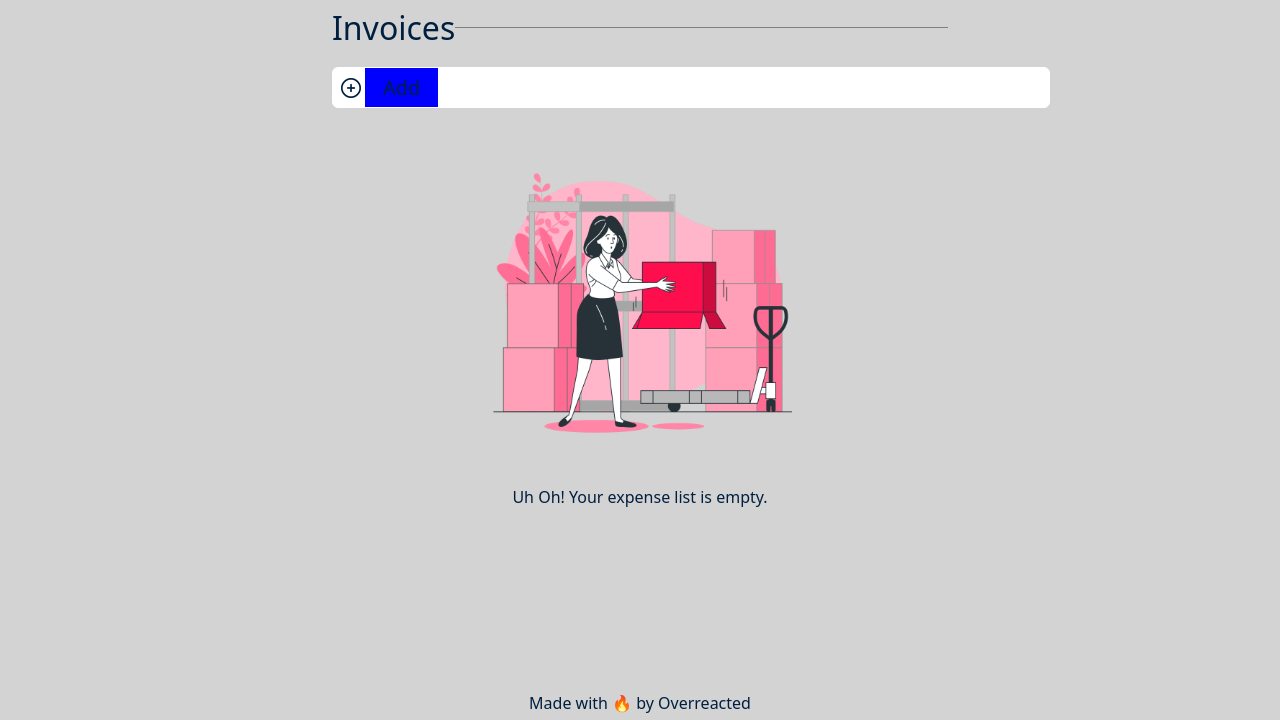
Repository: om1ars/task3
Page: /
The author's editor kept a copy of each file at every save. The page is drawn from the files as they stood at one save, then again after the next save.
The browser window is 1280 px wide. The pictures show the whole page.
Some web libraries are served in a nearby version. The project was rebuilt for these pictures with package versions that can differ from the ones it lists, and the page was loaded fresh each time. Also part of the build but not shown: src/constants/add-expense.js, src/components/add-form/add-form.css, src/components/add-form/success-modal.css, src/components/add-form/success-modal.js, src/components/add-form/index.js, src/pages/add-expense/add-expense.css, src/pages/add-expense/index.js, src/components/expense-list/card.css and 1 more.

Above is the page before, as saved 2021-12-18 14:45:49.

### public/index.html
<!DOCTYPE html>
<html lang="en">
  <head>
    <meta charset="utf-8" />
    <link rel="icon" href="%PUBLIC_URL%/favicon.ico" />
    <meta name="viewport" content="width=device-width, initial-scale=1" />
    <meta name="theme-color" content="#000000" />
    <meta name="description" content="SPA to track all your expenses" />
    <link rel="apple-touch-icon" href="%PUBLIC_URL%/logo192.png" />
    <!--
      manifest.json provides metadata used when your web app is installed on a
      user's mobile device or desktop. See https://developers.google.com/web/fundamentals/web-app-manifest/
    -->
    <link rel="manifest" href="%PUBLIC_URL%/manifest.json" />
    <link rel="preconnect" href="https://fonts.googleapis.com" />
    <link rel="preconnect" href="https://fonts.gstatic.com" crossorigin />
    <link
      href="https://fonts.googleapis.com/css2?family=Noto+Sans&display=swap"
      rel="stylesheet"
    />
    <link
      rel="stylesheet"
      href="https://cdn-uicons.flaticon.com/uicons-regular-rounded/css/uicons-regular-rounded.css"
    />
    <link
      rel="stylesheet"
      href="https://cdn.jsdelivr.net/gh/devicons/devicon@v2.12.0/devicon.min.css"
    />
    <title>Xpensr</title>
  </head>
  <body>
    <noscript>You need to enable JavaScript to run this app.</noscript>
    <div id="root"></div>
    <!--
      This HTML file is a template.
      If you open it directly in the browser, you will see an empty page.

      You can add webfonts, meta tags, or analytics to this file.
      The build step will place the bundled scripts into the <body> tag.

      To begin the development, run `npm start` or `yarn start`.
      To create a production bundle, use `npm run build` or `yarn build`.
    -->
  </body>
</html>

### src/index.js
import React from "react";
import ReactDOM from "react-dom";
import "./index.css";
import App from "./App";
import reportWebVitals from "./reportWebVitals";
import { Provider } from "react-redux";
import store from "./redux/store/index";

ReactDOM.render(
  <Provider store={store}>
    <App />
  </Provider>,
  document.getElementById("root")
);

// If you want to start measuring performance in your app, pass a function
// to log results (for example: reportWebVitals(console.log))
// or send to an analytics endpoint. Learn more: https://bit.ly/CRA-vitals
reportWebVitals();

### src/index.css
body {
  margin: 0;
  font-family: "Noto Sans", sans-serif;
  -webkit-font-smoothing: antialiased;
  -moz-osx-font-smoothing: grayscale;
  background-color: lightgray;
  color: #001f3f;
}
a {
  text-decoration: none;
  color: #001f3f;
}
.button {
  /* background: #71ccca; */
  box-shadow: 20px 20px 60px #60adac, -20px -20px 60px #82ebe8;
}
code {
  font-family: source-code-pro, Menlo, Monaco, Consolas, "Courier New",
    monospace;
}

### src/App.js
import React from "react";
import { BrowserRouter as Router, Route, Switch } from "react-router-dom";
import Footer from "./components/footer";
import Header from "./components/header";
import AddExpense from "./pages/add-expense";
import Home from "./pages/home/index";

const App = () => {
  return (
    <Router>
      <Header />
      <Switch>
        <Route path="/" exact component={Home} />
        <Route path="/add-expense" component={AddExpense} />
      </Switch>
      <Footer />
    </Router>
  );
};

export default App;

### src/redux/store/index.js
import { combineReducers, createStore } from "redux";
import { expenseReducer } from "../reducers/expenses";
const reducer = combineReducers({
  expenses: expenseReducer,
});
const initialState = {};
const store = createStore(reducer, initialState);

export default store;

### src/components/footer/index.js
import React from "react";
import "./footer.css";
const Footer = () => {
  return <footer>Made with 🔥 by Overreacted</footer>;
};

export default Footer;

### src/components/header/index.js
import React from "react";
import "./header.css";
const Header = () => {
  return (
    <div className="header-container">
      <div className="header" style={{ display: "flex", alignItems: "center" }}>
        <div className="header-logo">
          Invoices
        </div>
        <div
          style={{ height: "1px", width: "100%", backgroundColor: "gray" }}
        ></div>
      </div>
    </div>
  );
};

export default Header;

### src/pages/home/index.js
import React from "react";
import ExpenseList from "../../components/expense-list";
import Footer from "../../components/footer";
import Header from "../../components/header";
import TopFold from "../../components/top-fold";
import "./home.css";
const Home = () => {
  return (
    <div className="home">
      <TopFold />
      <ExpenseList />
    </div>
  );
};

export default Home;

### src/redux/reducers/expenses.js
import {
  ADD_EXPENSE,
  DELETE_EXPENSE,
  SEARCH_EXPENSE,
} from "../action-types/expenses";

const initialList = () => {
  const list = localStorage.getItem("expense-list");
  let expenses = [];
  if (list) {
    expenses = JSON.parse(list);
  }
  return expenses;
};
const initialState = {
  expenseList: initialList(),
  query: "",
};

export const expenseReducer = (state = initialState, action) => {
  switch (action.type) {
    case ADD_EXPENSE: {
      localStorage.setItem(
        "expense-list",
        JSON.stringify([...state.expenseList, action.data])
      );
      return {
        ...state,
        expenseList: [...state.expenseList, action.data],
        query: "",
      };
    }
    case DELETE_EXPENSE: {
      const { data } = action;
      const updatedList = state.expenseList.filter(
        (item) => item.createdAt !== data.createdAt
      );
      localStorage.setItem("expense-list", JSON.stringify(updatedList));
      return {
        ...state,
        expenseList: updatedList,
      };
    }
    case SEARCH_EXPENSE: {
      const { query } = action;
      return {
        ...state,
        query,
      };
    }
    default:
      return {
        ...state,
      };
  }
};

### src/components/footer/footer.css
footer {
  width: 100%;
  position: fixed;
  bottom: 0;
  display: flex;
  justify-content: center;
  align-items: center;
  padding-bottom: 6px;
}

### src/components/header/header.css
.header-container {
  width: 50%;
  margin: auto;
}
.header {
  display: flex;
  justify-content: space-between;
  align-items: center;
  flex: 1;
  margin: 6px 12px;
}
.header-logo {
  display: flex;
  align-items: center;
  font-size: 32px;
  font-weight: 500;
}
.header-logo i {
  display: flex;
  align-items: center;
  margin-left: 6px;
}

.header-button {
  font-size: 20px;
  display: flex;
  justify-content: center;
  align-items: center;
  border: 1px solid black;
  border-radius: 6px;
  padding: 0px 8px;
}
.header-button i {
  margin-right: 4px;
}

@media only screen and (max-width: 1024px) {
  .header-container {
    width: 90%;
  }
  .header-logo {
    font-size: 28px;
  }
  .header-button {
    font-size: 18px;
  }
}

@media only screen and (max-width: 512px) {
  .header-container {
    width: 100%;
  }
  .header-logo {
    font-size: 24px;
  }
  .header-button {
    font-size: 16px;
  }
}

### src/components/top-fold/index.js
import React, { useEffect, useState } from "react";
import { Link, useLocation } from "react-router-dom";
import "./top-fold.css";
import { useDispatch } from "react-redux";
import { searchExpense } from "../../redux/actions/expenses";
const TopFold = () => {
  const [query, setQuery] = useState("");
  const dispatch = useDispatch();
  const handleQuery = (e) => {
    setQuery(e.target.value);
    dispatch(searchExpense(e.target.value));
  };
  return (
    <div className="topfold">
      {window.location.pathname === "/" ? (
        <div className="home-topfold">
          {/* <div className="searchbar">
            <i class="fi-rr-search"></i>
            <input
              placeholder="Search for expenses"
              value={query}
              onChange={(e) => handleQuery(e)}
            />
          </div> */}
          <Link to="/add-expense">
            <div
              className="add-button"
              style={{ width: "700px", backgroundColor: "white" }}
            >
              <i class="fi-rr-add"></i>
              <label style={{ padding: "6px 18px", backgroundColor: 'blue' }}>Add</label>
            </div>
          </Link>
        </div>
      ) : (
        <div className="add-topfold">
          <Link to="/">
            <div className="add-topfold-button">
              <i class="fi-rr-angle-left"></i>
              <label>Back</label>
            </div>
          </Link>
          <Link to="/">
            <div className="add-topfold-button">
              <i class="fi-rr-cross-circle"></i>
              <label>Cancel</label>
            </div>
          </Link>
        </div>
      )}
    </div>
  );
};

export default TopFold;

### src/components/expense-list/index.js
import React, { useEffect, useState } from "react";
import { useSelector } from "react-redux";
import { toast, ToastContainer } from "react-toastify";
import Card from "./card";
import "./expense-list.css";
const ExpenseList = () => {
  const { expenseList: list, query } = useSelector((state) => state.expenses);
  const filteredList = list.filter((item) => item.title.includes(query));

  const notifySuccess = () => toast.success("Expense Deleted!");
  return (
    <div className="expense-list">
      <ToastContainer
        position="bottom-left"
        autoClose={1500}
        hideProgressBar={false}
        newestOnTop={false}
        closeOnClick
      />
      {filteredList.length ? (
        filteredList.map((item) => (
          <Card item={item} notifySuccess={notifySuccess} />
        ))
      ) : (
        <div className="empty-state">
          <img
            src={require("../../assets/images/empty.png").default}
            alt="No Expenses"
            className="empty-image"
          />
          <label>Uh Oh! Your expense list is empty.</label>
        </div>
      )}
    </div>
  );
};

export default ExpenseList;

### src/pages/home/home.css
.home {
  width: 50%;
  margin: auto;
}

@media only screen and (max-width: 1024px) {
  .home {
    width: 90%;
  }
}

@media only screen and (max-width: 512px) {
  .home {
    width: 100%;
  }
}

### src/redux/action-types/expenses.js
export const ADD_EXPENSE = "ADD_EXPENSE";

export const DELETE_EXPENSE = "DELETE_EXPENSE";

export const SEARCH_EXPENSE = "SEARCH_EXPENSE";

### src/redux/actions/expenses.js
import {
  ADD_EXPENSE,
  DELETE_EXPENSE,
  SEARCH_EXPENSE,
} from "../action-types/expenses";

export const addExpense = (data) => {
  return {
    type: ADD_EXPENSE,
    data,
  };
};

export const deleteExpense = (data) => {
  console.log(data, "Action");
  return {
    type: DELETE_EXPENSE,
    data,
  };
};

export const searchExpense = (query) => {
  console.log(query);
  return {
    type: SEARCH_EXPENSE,
    query,
  };
};

### src/components/top-fold/top-fold.css
.topfold {
  display: flex;
  justify-content: space-between;
  margin: 6px 12px;
  padding: 12px 0px;
  align-items: center;
}
.home-topfold {
  display: flex;
  justify-content: space-between;
  flex: 1;
}
.searchbar {
  display: flex;
  align-items: center;
  width: 50%;
  background-color: white;
  border-radius: 12px;
}
.searchbar input {
  width: 80%;
  outline: none;
  padding: 8px 0px;
  border: none;
  margin-left: 6px;
  background-color: white;
}

.searchbar i {
  display: flex;
  align-items: center;
  margin-left: 6px;
}

.add-button {
  display: flex;
  align-items: center;
  border-radius: 4px;
  border: 1px solid white;
  font-size: 20px;
  padding: 0px 8px;
  border-radius: 6px;
  cursor: pointer;
}

.add-button i {
  display: flex;
  align-items: center;
  margin-right: 4px;
}
.add-topfold {
  display: flex;
  justify-content: space-between;
  flex: 1;
}
.add-topfold-button {
  display: flex;
  align-items: center;
  font-size: 18px;
  cursor: pointer;
}
.add-topfold-button i {
  display: flex;
  align-items: center;
  margin-right: 4px;
}

@media only screen and (max-width: 1024px) {
  .add-button {
    font-size: 18px;
  }
  .searchbar {
    width: 70%;
  }
}

@media only screen and (max-width: 512px) {
  .add-button {
    font-size: 16px;
  }
}

### src/components/expense-list/expense-list.css
.expense-list {
  margin: 6px 12px;

  display: flex;
  flex-direction: column;
  flex: 1;
}
.empty-state {
  display: flex;
  justify-content: center;
  align-items: center;
  flex-direction: column;
}
.empty-image {
  height: 360px;
}

@media only screen and (max-width: 1024px) {
  .empty-image {
    height: 320px;
  }
}

@media only screen and (max-width: 512px) {
  .empty-image {
    height: 240px;
  }
}

Loaded but not shown: src/reportWebVitals.js (common file)

After the next save:
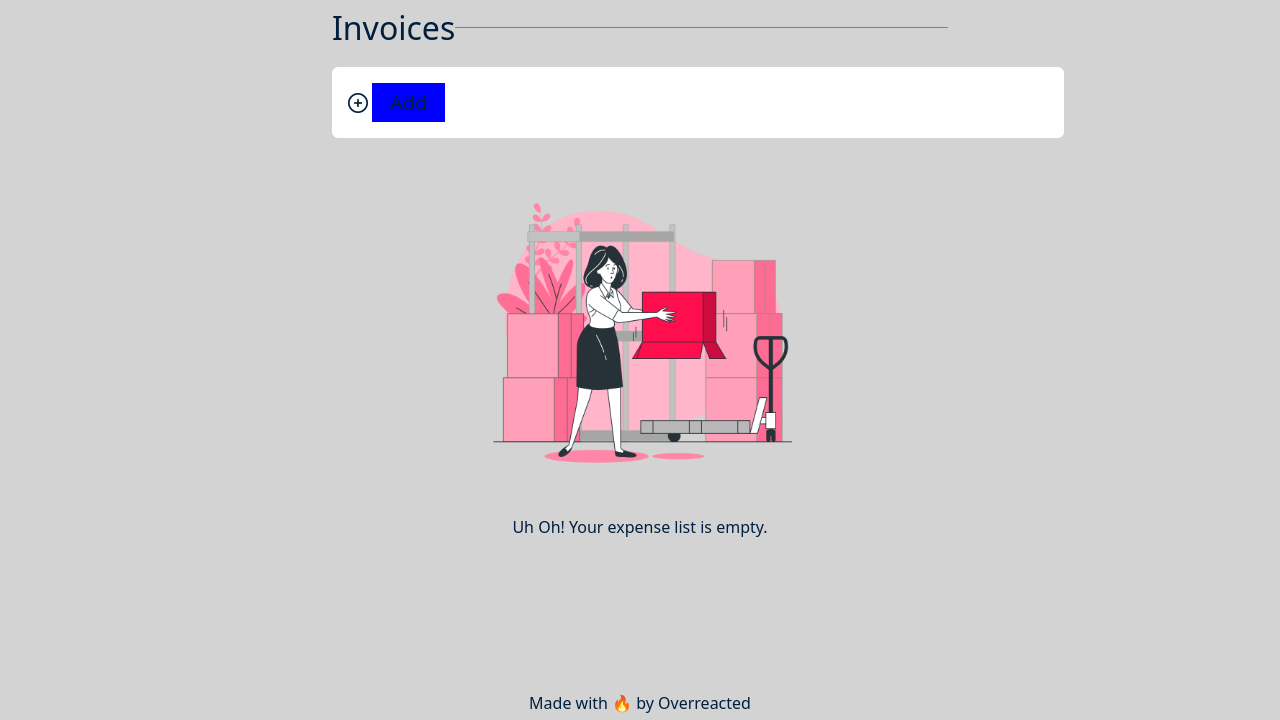
Saved 10 s later.
--- a/src/components/top-fold/index.js
+++ b/src/components/top-fold/index.js
@@ -25,7 +25,7 @@ const TopFold = () => {
           <Link to="/add-expense">
             <div
               className="add-button"
-              style={{ width: "700px", backgroundColor: "white" }}
+              style={{ width: "700px", backgroundColor: "white", padding: 15 }}
             >
               <i class="fi-rr-add"></i>
               <label style={{ padding: "6px 18px", backgroundColor: 'blue' }}>Add</label>
